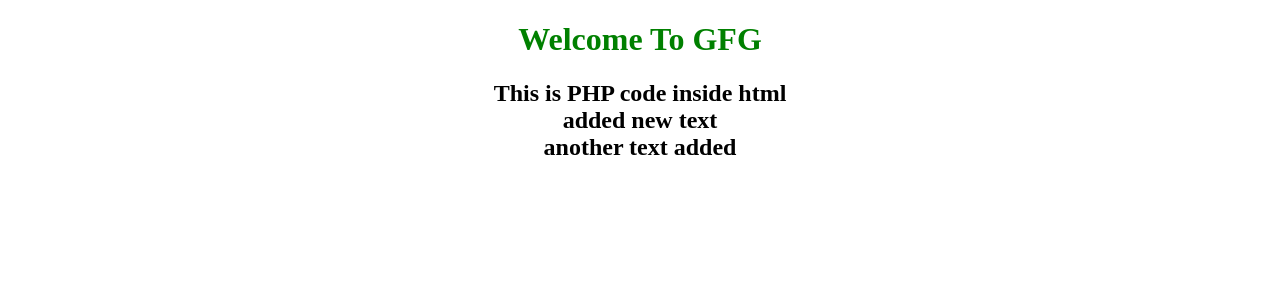
Repository: slevin2002/phpprojectgh
Page: http://localhost/example1.php
The author's editor kept a copy of each file at every save. The page is drawn from the files as they stood at one save, then again after the next save.
The browser window is 1280 px wide. The pictures show the whole page.
The page is run by PHP 8.4 with error messages shown; the project is at /var/www/html/.

Above is the page before, as saved 2022-12-14 11:09:53.

After the next save:
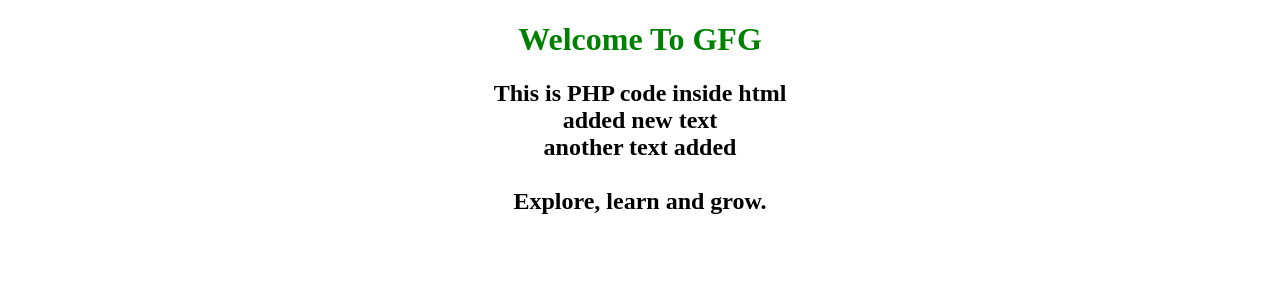
Saved 4 s later.
--- a/example1.php
+++ b/example1.php
@@ -19,7 +19,10 @@
 			echo "added new text<br>";
 			echo "another text added";
 			?>
-
+			    <br><br>
+        <?php
+        echo 'Explore, learn and grow.'
+        ?>
 		</h2>
 	</center>
 </body>
